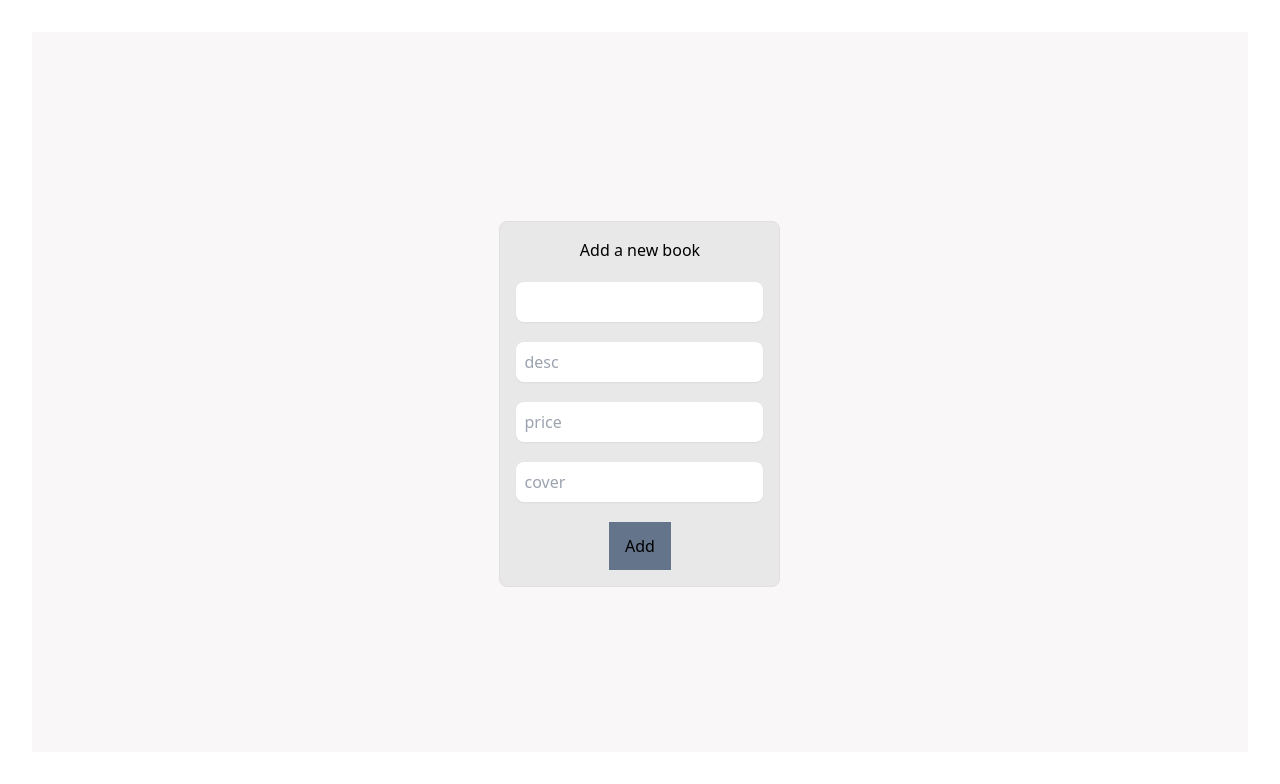
Repository: Vasil1001/fullstack-nutrition-tracker
Page: /add (app in frontend/)
These files come from the project's save history. The page is drawn as it stood at one moment and after a run of saves; the edit follows.
The browser window is 1280 px wide. The pictures show the whole page.
The project was rebuilt for these pictures with package versions that can differ from the ones it lists, and the page was loaded fresh each time. Also part of the build but not shown: frontend/vite.config.js, frontend/src/pages/Books.jsx, frontend/src/pages/Update.jsx.

Above is the page before, as saved 2023-05-21 20:58:02.

### frontend/src/App.jsx
import { useState } from 'react'
import reactLogo from './assets/react.svg'
import viteLogo from '/vite.svg'
import './App.css'
import { BrowserRouter, Routes, Route } from 'react-router-dom'
import Books from './pages/Books'
import Add from './pages/Add'
import Update from './pages/Update'

function App() {
  return (
    <div className="bg-[#f9f7f7]">
      <div className="max-w-screen mx-auto flex min-h-screen flex-col justify-center xl:w-10/12  ">
        <BrowserRouter>
          <Routes>
            <Route path="/" element={<Books />} />
            <Route path="/add" element={<Add />} />
            <Route path="/update/:id" element={<Update />} />
          </Routes>
        </BrowserRouter>
      </div>
    </div>
  )
}

export default App

### frontend/src/pages/Add.jsx
import axios from 'axios'
import React, { useState } from 'react'
import { useNavigate } from 'react-router-dom'

export default function Add() {
  const [book, setBook] = useState({
    title: '',
    desc: '',
    price: 'null',
    cover: '',
  })

  const navigate = useNavigate()

  const handleChange = (e) => {
    setBook((prev) => ({ ...prev, [e.target.name]: e.target.value }))
  }

  const handleClick = async (e) => {
    e.preventDefault()

    try {
      await axios.post('http://localhost:8080/books', book)
      navigate('/')
    } catch (error) {
      console.log(error)
    }
  }

  console.log(book)

  return (
    <div className="mx-auto mt-6 flex flex-col rounded-lg border border-[#e1e0e0] bg-[#e8e8e8] p-4 items-center justify-center gap-5">
      <h1>Add a new book</h1>
      <input className='p-2 rounded-lg shadow-sm' type="text" palceholder="title" name="title" onChange={handleChange} />
      <input className='p-2 rounded-lg shadow-sm' type="text" placeholder="desc" name="desc" onChange={handleChange} />
      <input className='p-2 rounded-lg shadow-sm' type="number" placeholder="price" name="price" onChange={handleChange} />
      <input className='p-2 rounded-lg shadow-sm' type="text" placeholder="cover" name="cover" onChange={handleChange} />
      <button className="bg-slate-500 p-3 px-4" onClick={handleClick}>
        Add
      </button>
    </div>
  )
}

### frontend/tailwind.config.js
/** @type {import('tailwindcss').Config} */
export default {
  content: [
    "./index.html",
    "./src/**/*.{js,ts,jsx,tsx}",
  ],
  theme: {
    extend: {},
  },
  plugins: [require("tailwindcss-animate")],
}

Loaded but not shown: frontend/index.html (common file); frontend/src/main.jsx (common file); frontend/src/index.css (common file); frontend/src/App.css (common file)

After the next 2 saves:
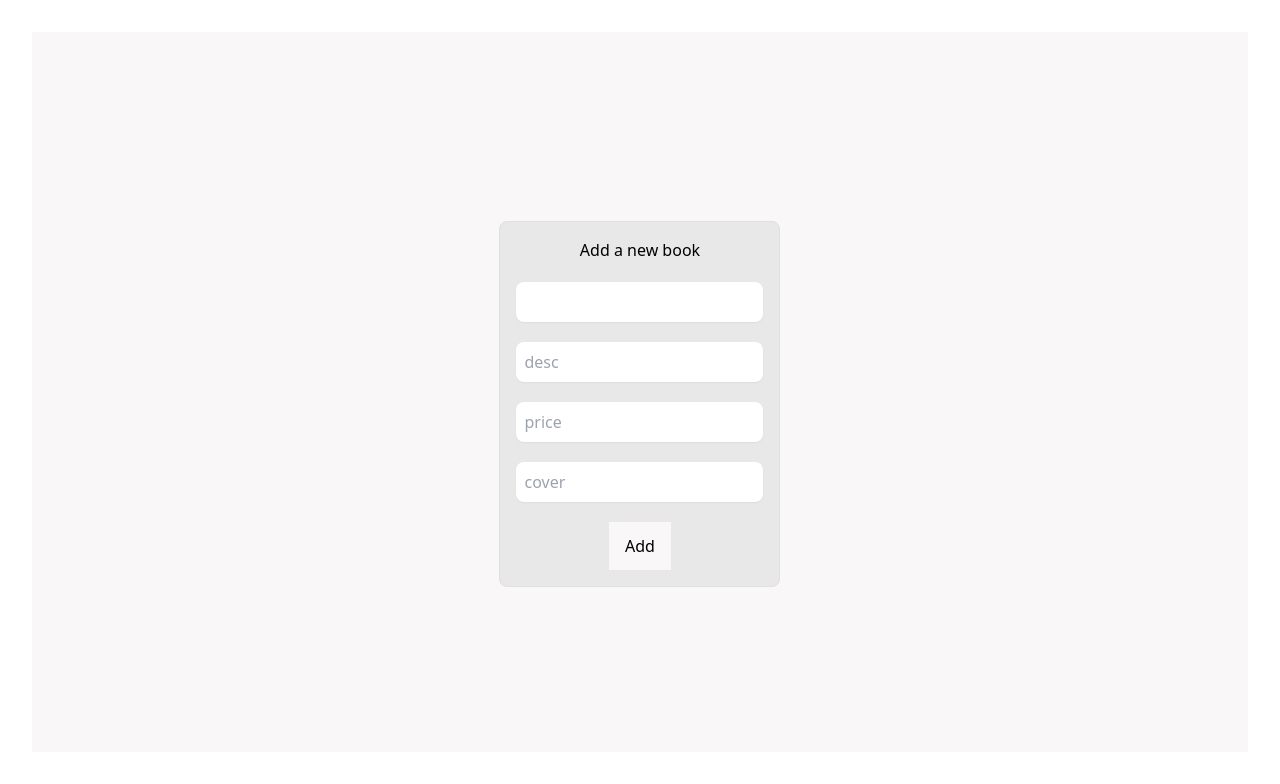
The 2 saves are shown as one change because they came seconds apart.
The last was saved 30 s later.
--- a/frontend/src/pages/Add.jsx
+++ b/frontend/src/pages/Add.jsx
@@ -36,7 +36,7 @@ export default function Add() {
       <input className='p-2 rounded-lg shadow-sm' type="text" placeholder="desc" name="desc" onChange={handleChange} />
       <input className='p-2 rounded-lg shadow-sm' type="number" placeholder="price" name="price" onChange={handleChange} />
       <input className='p-2 rounded-lg shadow-sm' type="text" placeholder="cover" name="cover" onChange={handleChange} />
-      <button className="bg-slate-500 p-3 px-4" onClick={handleClick}>
+      <button className="bg-[#f9f7f7] p-3 px-4" onClick={handleClick}>
         Add
       </button>
     </div>
